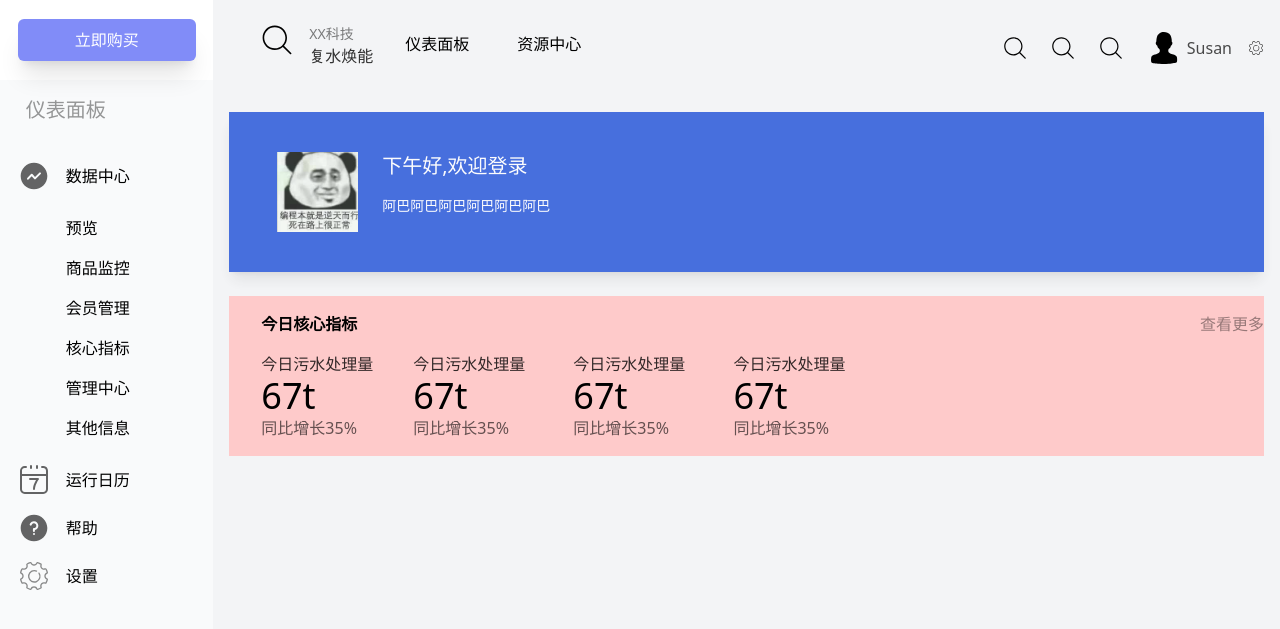
Repository: LiuRuohui/useWater
Page: /
An editor plug-in stored every save of this project. The page is shown before and after the next save, followed by the edit.
The browser window is 1280 px wide. The pictures show the whole page.
The project was rebuilt for these pictures with package versions that can differ from the ones it lists, and the page was loaded fresh each time. Also part of the build but not shown: vite.config.js.

Above is the page before, as saved 2022-04-06 23:28:02.

### src/App.vue
<script setup>
import HelloWorld1 from './components/HelloWorld.vue';
</script>

<template>
  <HelloWorld1></HelloWorld1>
</template>

<style>
</style>

### src/index.css
@tailwind base;
@tailwind components;
.inputFrame {
    @apply appearance-none rounded-none relative block w-full px-3 py-2 border border-gray-300 placeholder-gray-500 text-gray-900
}

.inputFrame:focus {
    @apply outline-none border-indigo-500 z-10 inline-block px-5 py-3 rounded-lg shadow-lg
}

.btn {
    @apply relative flex w-full justify-center py-2 border border-transparent font-medium rounded-md text-white bg-indigo-400
}

.btn:hover {
    @apply bg-indigo-500
}

.btn:focus {
    @apply outline-none ring-2 ring-offset-2 ring-indigo-400
}

@tailwind utilities;

### src/components/HelloWorld.vue
<script setup>

</script>

<template>
<div class="w-full h-screen flex flex-row select-none">
  <div class="w-1/5 h-screen justify-center items-center flex flex-col">
    <div class="w-full h-20 justify-center items-center flex">
        <div class="w-5/6">
            <button class="btn text-white justify-center items-center shadow-xl">立即购买</button>
        </div>
    </div>
    <div class="w-full flex flex-grow bg-gray-50 justify-center">
        <div class="w-5/6 pt-4 flex flex-col">
            <div class="h-8 text-xl opacity-40 pl-2">仪表面板</div>
            <div class="mt-4 flex flex-grow flex-col">
                <div class="flex flex-col py-2 hover:cursor-pointer">
                    <div class="flex flex-row py-2 hover:bg-blue-200 hover:cursor-pointer">
                      <img src="../assets/数据.svg" alt="" class="h-8 opacity-60">
                      <div class="pl-4 pt-1">数据中心</div>
                    </div>
                    <div class="mt-2 flex flex-col hover:cursor-pointer">
                        <div class="py-2 pl-12 hover:bg-blue-200">预览</div>
                        <div class="py-2 pl-12 hover:bg-blue-200">商品监控</div>
                        <div class="py-2 pl-12 hover:bg-blue-200">会员管理</div>
                        <div class="py-2 pl-12 hover:bg-blue-200">核心指标</div>
                        <div class="py-2 pl-12 hover:bg-blue-200">管理中心</div>
                        <div class="py-2 pl-12 hover:bg-blue-200">其他信息</div>
                    </div>
                </div>
                <div class="flex flex-row py-2 hover:bg-blue-200 hover:cursor-pointer">
                  <img src="../assets/日历.svg" alt="" class="h-8 opacity-60">
                  <div class="pl-4 pt-1">运行日历</div>
                </div>
                <div class="flex flex-row py-2 hover:bg-blue-200 hover:cursor-pointer">
                  <img src="../assets/帮助.svg" alt="" class="h-8 opacity-60">
                  <div class="pl-4 pt-1">帮助</div>
                </div>
                <div class="flex flex-row py-2 hover:bg-blue-200 hover:cursor-pointer">
                  <img src="../assets/设置.svg" alt="" class="h-8 opacity-60">
                  <div class="pl-4 pt-1">设置</div>
                </div>
            </div>
        </div>
    </div>
  </div>
  <div class="w-full flex flex-grow flex-col bg-gray-100">
      <div class="flex flex-row h-24">
          <img src="../assets/搜索.svg" alt="" class="h-8 mt-6 pl-12 hover:cursor-pointer">
          <div class="flex flex-col pt-6 px-4 hover:cursor-pointer">
              <div class="text-sm opacity-50">XX科技</div>
              <div class="text-md opacity-80">复水焕能</div>
          </div>
          <div class="text-base px-4 pt-8 hover:cursor-pointer">仪表面板</div>
          <div class="text-base px-8 pt-8 hover:cursor-pointer">资源中心</div>
          <div class="flex flex-grow flex-row-reverse">
              <img src="../assets/设置.svg" alt="" class="h-4 mt-10 mr-4 hover:cursor-pointer hover:bg-blue-100">
              <span class="my-9 mr-4 text-black text-base opacity-70 hover:cursor-pointer hover:bg-blue-100">Susan</span>
              <img src="../assets/用户.svg" alt="" class="h-8 mt-8 mr-2 hover:cursor-pointer hover:bg-blue-100">
              <img src="../assets/搜索.svg" alt="" class="h-6 mt-9 mr-6 hover:cursor-pointer hover:bg-blue-100">
              <img src="../assets/搜索.svg" alt="" class="h-6 mt-9 mr-6 hover:cursor-pointer hover:bg-blue-100">
              <img src="../assets/搜索.svg" alt="" class="h-6 mt-9 mr-6 hover:cursor-pointer hover:bg-blue-100">
          </div>
      </div>
      <div class="m-4 bg-blue-700 h-40 opacity-80 shadow-lg">
          <div class="flex flex-row h-24 my-8">
              <img src="../assets/测试图片.jpg" alt="" class="h-20 my-auto pl-12">
              <div class="flex flex-col pl-6 pt-2">
                  <div class="text-xl text-white">下午好,欢迎登录</div>
                  <div class="text-sm text-white pt-4">阿巴阿巴阿巴阿巴阿巴阿巴</div>
              </div>
          </div>
      </div>
      <div class="h-40 my-2 mx-4 bg-red-200">
          <div class="flex flex-col pt-4 pl-8">
              <div class="flex flex-row">
                  <div class="font-black text-black">今日核心指标</div>
                  <div class="flex flex-grow flex-row-reverse opacity-40">查看更多</div>
              </div>
              <div class="flex flex-grow flex-row mt-4">
                  <div class="flex flex-col pr-4">
                      <div class="opacity-80">今日污水处理量</div>
                      <div class="text-4xl">67t</div>
                      <div class="opacity-60">同比增长35%</div>
                  </div>
                  <div class="flex flex-col px-6">
                      <div class="opacity-80">今日污水处理量</div>
                      <div class="text-4xl">67t</div>
                      <div class="opacity-60">同比增长35%</div>
                  </div>
                  <div class="flex flex-col px-6">
                      <div class="opacity-80">今日污水处理量</div>
                      <div class="text-4xl">67t</div>
                      <div class="opacity-60">同比增长35%</div>
                  </div>
                  <div class="flex flex-col px-6">
                      <div class="opacity-80">今日污水处理量</div>
                      <div class="text-4xl">67t</div>
                      <div class="opacity-60">同比增长35%</div>
                  </div>
              </div>
          </div>
      </div>
  </div>
</div>
</template>

<style scoped>

</style>

### tailwind.config.js
module.exports = {
    content: [
        "./index.html",
        "./src/**/*.{vue,js,ts,jsx,tsx}",
    ],
    theme: {
        extend: {},
    },
    variants: {
        backgroundColor: ['responsive', 'hover', 'focus', 'active']
    },
    plugins: [],
}

Loaded but not shown: index.html (common file); src/main.js (common file)

After the next save:
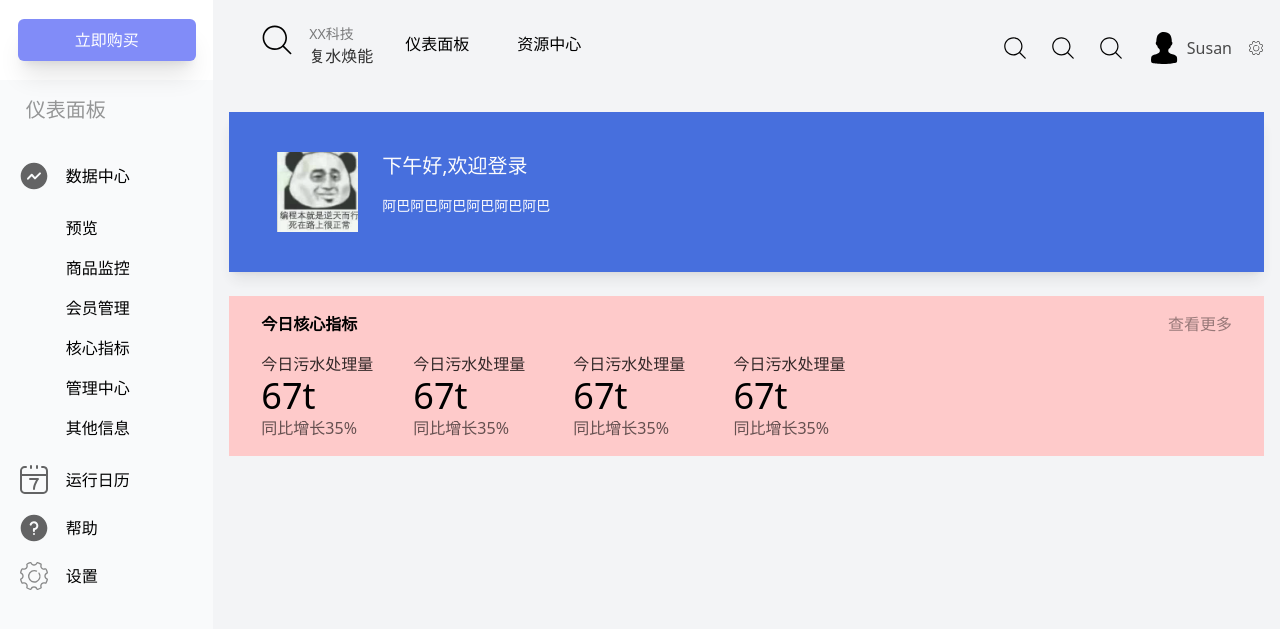
Saved 6 s later.
--- a/src/components/HelloWorld.vue
+++ b/src/components/HelloWorld.vue
@@ -75,7 +75,7 @@
           <div class="flex flex-col pt-4 pl-8">
               <div class="flex flex-row">
                   <div class="font-black text-black">今日核心指标</div>
-                  <div class="flex flex-grow flex-row-reverse opacity-40">查看更多</div>
+                  <div class="flex flex-grow flex-row-reverse opacity-40 pr-8">查看更多</div>
               </div>
               <div class="flex flex-grow flex-row mt-4">
                   <div class="flex flex-col pr-4">
